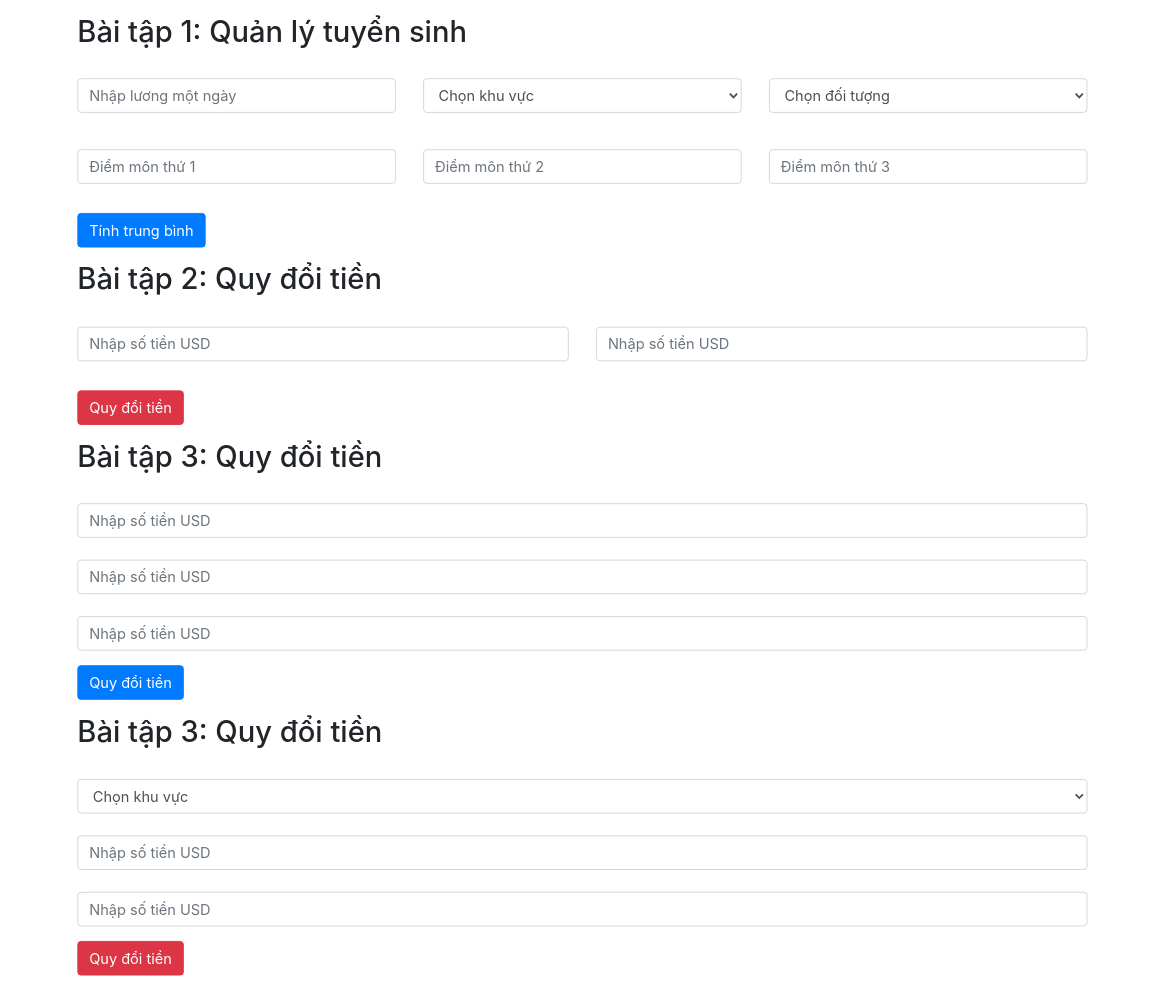
Repository: thanhfrankie/BC10-LeMinhThanh-Js-b5
Page: index.html
An editor plug-in stored every save of this project. The page is shown before and after the next save, followed by the edit.
The browser window is 1280 px wide. The pictures show the whole page, at 91% of full size.

Above is the page before, as saved 2023-12-15 17:35:17.

### index.html
<!doctype html>
<html lang="en">
  <head>
    <title>Title</title>
    <!-- Required meta tags -->
    <meta charset="utf-8">
    <meta name="viewport" content="width=device-width, initial-scale=1, shrink-to-fit=no">

    <!-- Bootstrap CSS -->
    <link rel="stylesheet" href="https://stackpath.bootstrapcdn.com/bootstrap/4.3.1/css/bootstrap.min.css" integrity="sha384-ggOyR0iXCbMQv3Xipma34MD+dH/1fQ784/j6cY/iJTQUOhcWr7x9JvoRxT2MZw1T" crossorigin="anonymous">
  </head>
  <body>
   <!-- Bài tập 1 -->
   <div class="container ">
    <h2 class="mt-3">Bài tập 1: Quản lý tuyển sinh</h2>
    <div class="row">
        <div class="col-sm-4">
            <div class="form-group">
                <label for="luong-mot-ngay"></label>
                <input
                  type="number"
                  class="form-control"
                  name=""
                  id="luong-mot-ngay"
                  aria-describedby="helpId"
                  placeholder="Nhập lương một ngày"
                  required
                />
        </div>
    </div>
        <div class="col-sm-4">
            <div class="form-group">
                <label for=""></label>
                <select class="form-control" id="">
                    <option selected>Chọn khu vực</option>
                    <option>A</option>
                    <option>B</option>
                    <option>C</option>
                </select>
            </div>
        </div>
        <div class="col-sm-4">
            <div class="form-group">
                <label for=""></label>
                <select class="form-control" id="">
                    <option selected>Chọn đối tượng</option>
                    <option>1</option>
                    <option>2</option>
                    <option>3</option>
                </select>
            </div>
        </div>
    </div>
   <div class="row">
        <div class="col-sm-4">
            <div class="form-group">
                <label for="diem-mon-thu-1"></label>
                <input
                  type="number"
                  class="form-control"
                  name=""
                  id="diem-mon-thu-1"
                  aria-describedby="helpId"
                  placeholder="Điểm môn thứ 1"
                  required
                />
        </div>
        </div>
        <div class="col-sm-4">
            <div class="form-group">
                <label for="diem-mon-thu-2"></label>
                <input
                  type="number"
                  class="form-control"
                  name=""
                  id="diem-mon-thu-2"
                  aria-describedby="helpId"
                  placeholder="Điểm môn thứ 2"
                  required
                />
        </div>
        </div>
        <div class="col-sm-4">
            <div class="form-group">
                <label for="diem-mon-thu-3"></label>
                <input
                  type="number"
                  class="form-control"
                  name=""
                  id="diem-mon-thu-3"
                  aria-describedby="helpId"
                  placeholder="Điểm môn thứ 3"
                  required
                />
        </div>
        </div>
    </div>
    <button type="button" onclick="tinhTrungBinh()" class="btn btn-primary mt-3">
        Tính trung bình
      </button>
      <h3 id="ket-qua-trung-binh" class="text-success"></h3>
</div>
       <!-- Bài tập 2 -->
       <div class="container">
        <h2 class="mt-3">Bài tập 2: Quy đổi tiền</h2>
        <div class="row">
            <div class="col-sm-6">
                <div class="form-group">
                    <label for="so-luong-USD"></label>
                    <input
                      type="number"
                      class="form-control"
                      name=""
                      id="so-luong-USD"
                      aria-describedby="helpId"
                      placeholder="Nhập số tiền USD"
                      required
                    />


                  </div>
            </div>
            <div class="col-sm-6">
                <div class="form-group">

                    <label for="so-luong-USD"></label>
                    <input
                      type="number"
                      class="form-control"
                      name=""
                      id="so-luong-USD"
                      aria-describedby="helpId"
                      placeholder="Nhập số tiền USD"
                      required
                    />


            </div>
        </div>
    </div>
    <button type="button" onclick="quyDoiTien()" class="btn btn-danger mt-3">  Quy đổi tiền
    </button>

        <h3 id="so-luong-VND" class="text-success"></h3>
      </div>
        <!-- Bài tập 3-->
        <div class="container">
            <h2 class="mt-3">Bài tập 3: Quy đổi tiền</h2>
            <div class="form-group">
                <label for="so-luong-USD"></label>
                <input
                  type="text"
                  class="form-control"
                  name=""
                  id="so-luong-USD"
                  aria-describedby="helpId"
                  placeholder="Nhập số tiền USD"
                  required
                />
              <label for="so-luong-USD"></label>
              <input
                type="number"
                class="form-control"
                name=""
                id="so-luong-USD"
                aria-describedby="helpId"
                placeholder="Nhập số tiền USD"
                required
              />
              <label for="so-luong-USD"></label>
              <input
                type="number"
                class="form-control"
                name=""
                id="so-luong-USD"
                aria-describedby="helpId"
                placeholder="Nhập số tiền USD"
                required
              />

              <button type="button" onclick="quyDoiTien()" class="btn btn-primary mt-3">
               Quy đổi tiền
              </button>
            </div>
            <h3 id="so-luong-VND" class="text-success"></h3>
          </div>
        <!-- Bài tập 4-->
        <div class="container">
            <h2 class="mt-3">Bài tập 3: Quy đổi tiền</h2>
            <div class="form-group">
                <label for=""></label>
                <select class="form-control" id="">
                    <option selected>Chọn khu vực</option>
                    <option>A</option>
                    <option>B</option>
                    <option>C</option>
                </select>
                <label for="so-luong-USD"></label>
                <input
                  type="text"
                  class="form-control"
                  name=""
                  id="so-luong-USD"
                  aria-describedby="helpId"
                  placeholder="Nhập số tiền USD"
                  required
                />

              <label for="so-luong-USD"></label>
              <input
                type="number"
                class="form-control"
                name=""
                id="so-luong-USD"
                aria-describedby="helpId"
                placeholder="Nhập số tiền USD"
                required
              />

              <button type="button" onclick="quyDoiTien()" class="btn btn-danger mt-3">
               Quy đổi tiền
              </button>
            </div>
            <h3 id="so-luong-VND" class="text-success"></h3>
          </div>


    <!-- Optional JavaScript -->
    <!-- jQuery first, then Popper.js, then Bootstrap JS -->
    <script src="https://code.jquery.com/jquery-3.3.1.slim.min.js" integrity="sha384-q8i/X+965DzO0rT7abK41JStQIAqVgRVzpbzo5smXKp4YfRvH+8abtTE1Pi6jizo" crossorigin="anonymous"></script>
    <script src="https://cdnjs.cloudflare.com/ajax/libs/popper.js/1.14.7/umd/popper.min.js" integrity="sha384-UO2eT0CpHqdSJQ6hJty5KVphtPhzWj9WO1clHTMGa3JDZwrnQq4sF86dIHNDz0W1" crossorigin="anonymous"></script>
    <script src="https://stackpath.bootstrapcdn.com/bootstrap/4.3.1/js/bootstrap.min.js" integrity="sha384-JjSmVgyd0p3pXB1rRibZUAYoIIy6OrQ6VrjIEaFf/nJGzIxFDsf4x0xIM+B07jRM" crossorigin="anonymous"></script>
    <script src="./index.js"></script>
  </body>
</html>

### index.js
// Bài tập 1
/**
 * B1: tạo biến, lấy giá trị từ input
 * B2: Tính lương
 * + tạo biến để tính lương: lương 1 ngày * số ngày làm
 * + gán sự kiện click cho button
 * B3: hiển thị kết quả
 */





// Bài tập 2
/**
 * B1: tạo biến, lấy giá trị từ input
 * B2: Tính lương
 * + tạo biến để tính lương: lương 1 ngày * số ngày làm
 * + gán sự kiện click cho button
 * B3: hiển thị kết quả
 */




// Bài tập 3
/**
 * B1: tạo biến, lấy giá trị từ input
 * B2: Tính lương
 * + tạo biến để tính lương: lương 1 ngày * số ngày làm
 * + gán sự kiện click cho button
 * B3: hiển thị kết quả
 */

After the next save:
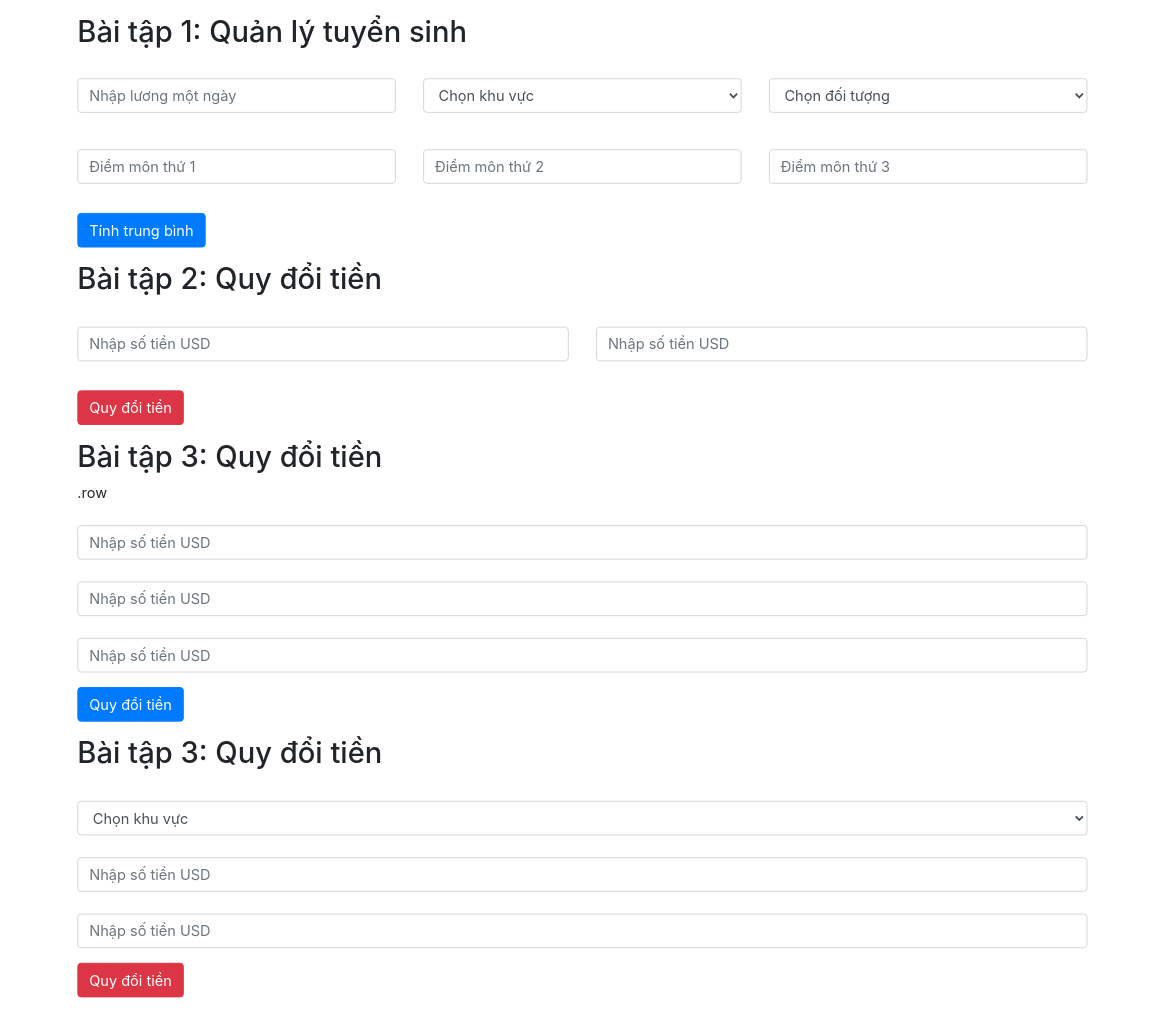
Saved 45 s later.
--- a/index.html
+++ b/index.html
@@ -146,6 +146,7 @@
         <!-- Bài tập 3-->
         <div class="container">
             <h2 class="mt-3">Bài tập 3: Quy đổi tiền</h2>
+            .row
             <div class="form-group">
                 <label for="so-luong-USD"></label>
                 <input

After the 2 saves that followed:
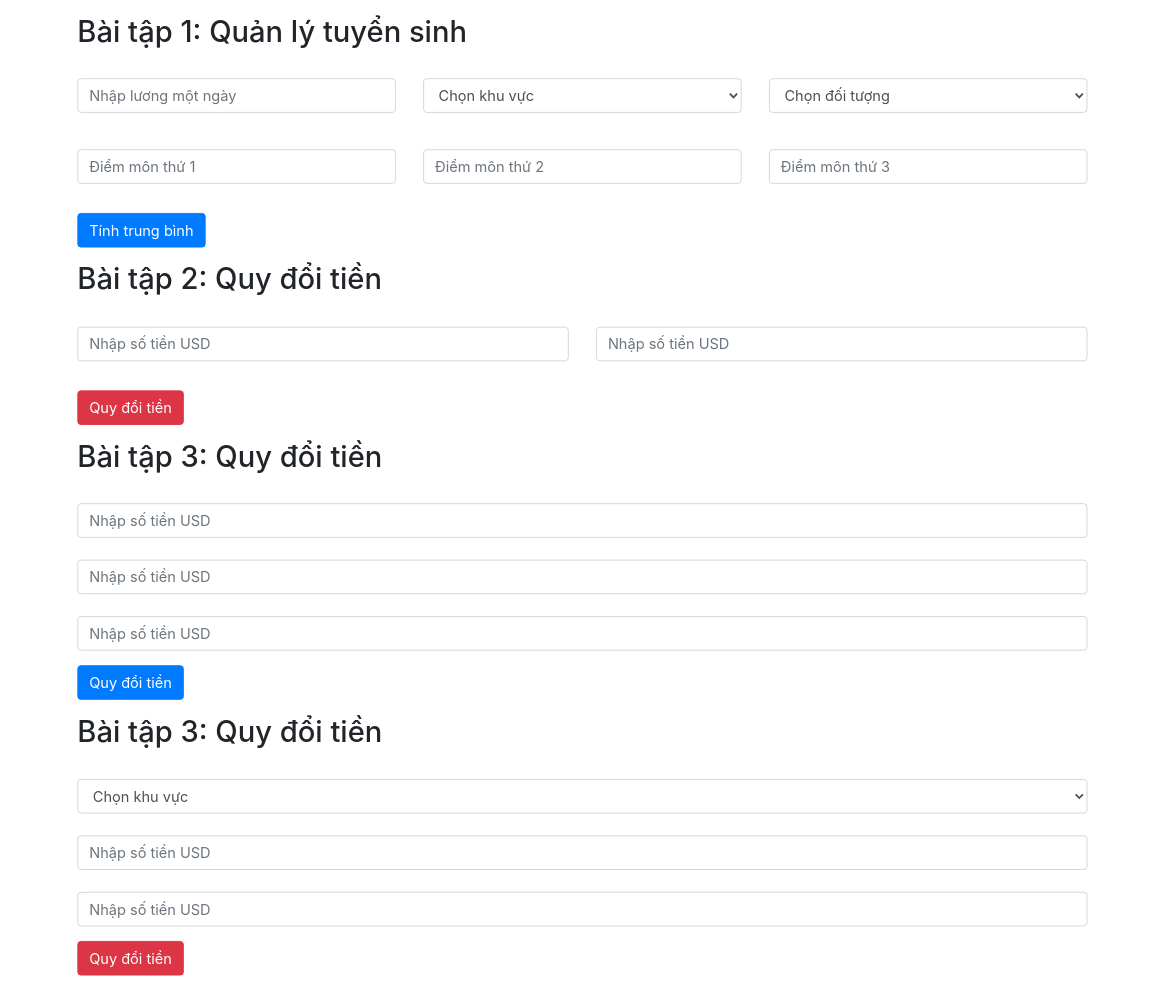
The 2 saves are shown as one change because they came seconds apart.
The last was saved 8 s later.
--- a/index.html
+++ b/index.html
@@ -146,7 +146,11 @@
         <!-- Bài tập 3-->
         <div class="container">
             <h2 class="mt-3">Bài tập 3: Quy đổi tiền</h2>
-            .row
+            <div class="row">
+                <div class="col-sm-4"></div>
+                <div class="col-sm-4"></div>
+                <div class="col-sm-4"></div>
+            </div>
             <div class="form-group">
                 <label for="so-luong-USD"></label>
                 <input
